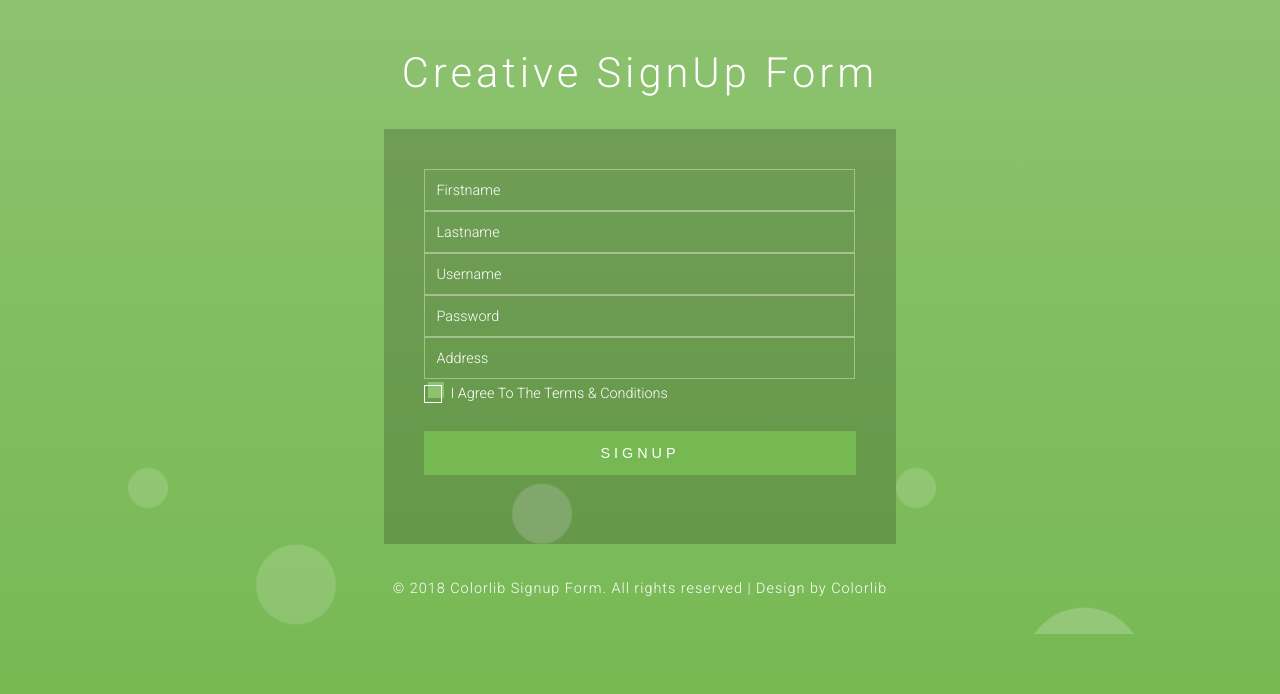
Repository: sagnik938/JSP-JSTL-and-Hibernate
Page: EmpRegForm/src/main/webapp/index.html
An editor plug-in stored every save of this project. The page is shown before and after the next save, followed by the edit.
The browser window is 1280 px wide. The pictures show the whole page.

Above is the page before, as saved 2023-02-09 06:33:59.

After the next save:
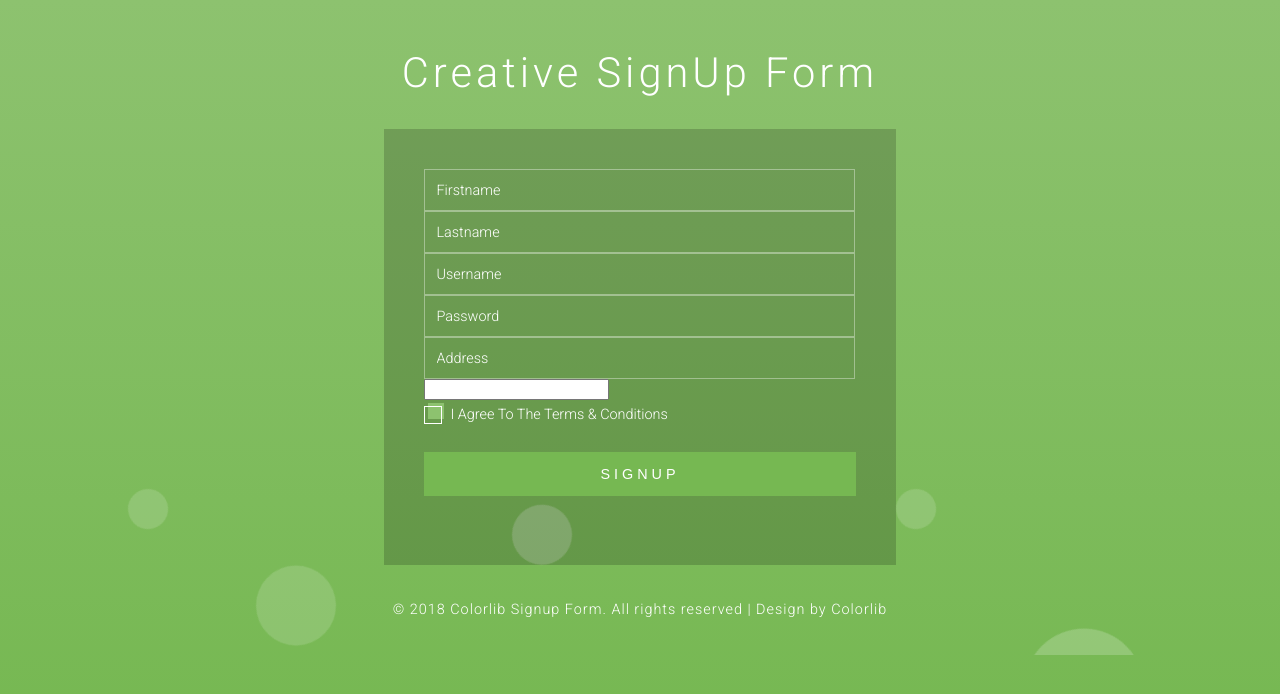
Saved 96 s later.
--- a/EmpRegForm/src/main/webapp/index.html
+++ b/EmpRegForm/src/main/webapp/index.html
@@ -24,6 +24,7 @@
           <input class="text" type="text" name="username" placeholder="Username" required="">
           <input class="text" type="password" name="password" placeholder="Password" required="">
           <input class="text" type="text" name="address" placeholder="Address" required="">
+            <input class="text" type="number" name="contact" placeholder="Contact" required="">
           <div class="wthree-text">
             <label class="anim">
               <input type="checkbox" class="checkbox">
